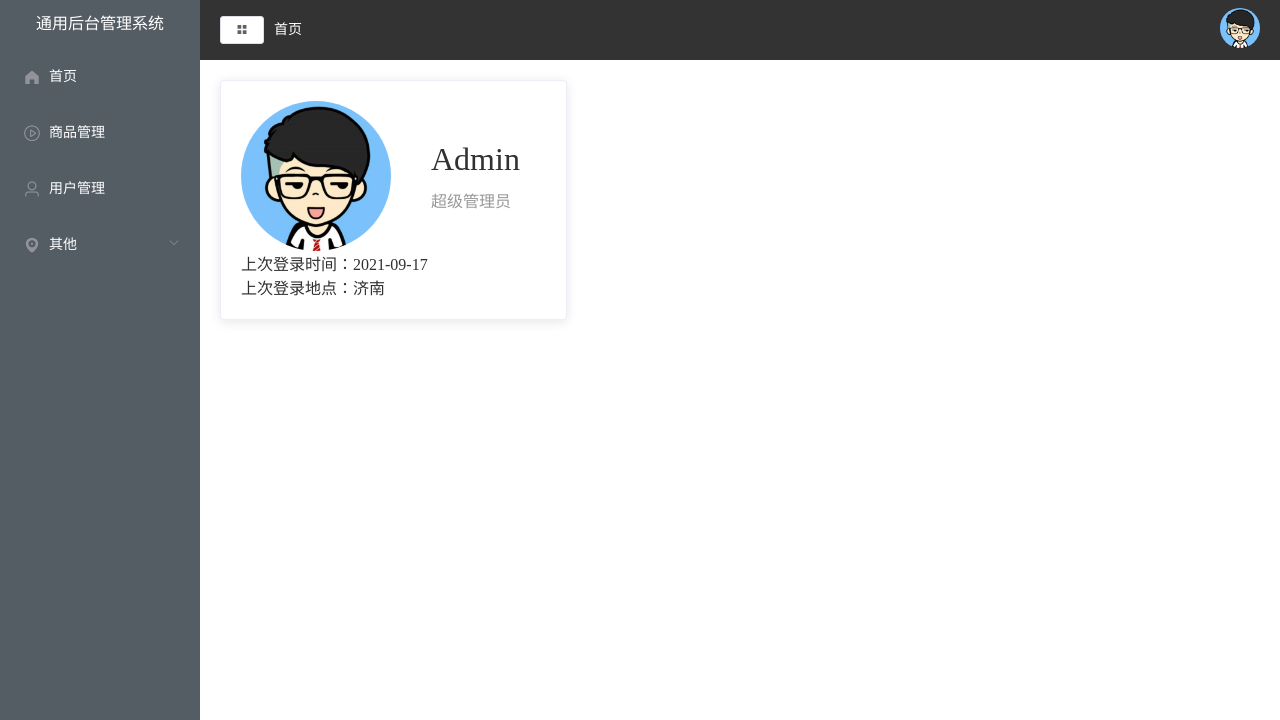
Repository: Francis200214/my-app
Page: /
An editor plug-in stored every save of this project. The page is shown before and after a run of saves, followed by the edit.
The browser window is 1280 px wide. The pictures show the whole page.
The project was rebuilt for these pictures with package versions that can differ from the ones it lists, and the page was loaded fresh each time. Also part of the build but not shown: vue.config.js, src/views/User.vue, src/views/Mall.vue, src/views/other/PageOne.vue, src/views/other/PageTwo.vue.

Above is the page before, as saved 2023-05-21 15:40:15.

### src/main.js
import Vue from 'vue'
import App from './App.vue'
import ElementUI from 'element-ui'

// ElementUI 按需引入
// import { Button,Row } from 'element-ui'


import 'element-ui/lib/theme-chalk/index.css'
// Vue-Router
import router from './router'
// Vuex
import store from './store'


Vue.config.productionTip = false

// 全局引入Element UI
Vue.use(ElementUI);


// 按需引入Element UI
// Vue.use(Row);
// Vue.use(Button);


new Vue({
  router,
  store,
  render: h => h(App),
}).$mount('#app')

### src/App.vue
<template>
  <div id="app">
    <router-view></router-view>
  </div>
</template>

<style lang="less">
  html,body,h3,p {
    margin: 0;
    padding: 0;
  }
</style>

<script>

export default {
  name: 'App'
}
</script>

### src/router/index.js
import Vue from 'vue'
import VueRouter from 'vue-router'

// 1、引入组件
import Main from '../views/Main.vue'
import Home from '../views/Home.vue'
import User from '../views/User.vue'
import Mall from '../views/Mall.vue'
import PageOne from '../views/other/PageOne.vue'
import PageTwo from '../views/other/PageTwo.vue'

// 引入Vue-Router
Vue.use(VueRouter);

// 2、路由与组件映射
const routes = [
    {
        path: '/',
        component: Main,
        // redirect 表示重定向，当路径是 / 的时候就重定向某个路由
        redirect: '/home',
        children: [
            { path: 'home', component: Home }, // 首页
            { path: 'user', component: User }, // 用户管理
            { path: 'mall', component: Mall }, // 商品管理
            { path: 'page1', component: PageOne }, // 页面一
            { path: 'page2', component: PageTwo }, // 页面二
        ]
    }

]

// 3、创建Router实例
const router = new VueRouter({
    routes // (缩写) 相当于 routes: routes
})

// 4、将 router 暴露
export default router

### src/store/index.js
import Vue from 'vue'
import Vuex from 'vuex'
import tab from './tab'

Vue.use(Vuex)


// 创建 Vuex 的实例
// 对外暴露
export default new Vuex.Store({
    modules: {
        tab
    }
})

### src/views/Main.vue
<template>
    <div>
        <el-container>
            <el-aside width="auto">
                <common-aside />
            </el-aside>
            <el-container>
                <el-header>
                    <common-header />
                </el-header>
                <el-main>
                    <router-view></router-view>
                </el-main>
            </el-container>
        </el-container>
    </div>
</template>
<style lang="less" scoped>
.el-header {
    padding: 0;
}
</style>
<script>
import CommonAside from '../components/CommonAside.vue'
import CommonHeader from '../components/CommonHeader.vue'


export default {
    data() {
        return {}
    },
    components: {
        CommonAside,
        CommonHeader
    }
}
</script>

### src/views/Home.vue
<template>
    <el-row>
        <el-col :span="8">
            <el-card class="box-card">
                <div class="user">
                    <img src="../assets/images/user.png" alt="">
                    <div class="userinfo">
                        <p class="name">Admin</p>
                        <p class="access">超级管理员</p>
                    </div>
                </div>
                <div class="login-info">
                    <p>上次登录时间：<span>2021-09-17</span></p>
                    <p>上次登录地点：<span>济南</span></p>
                </div>
            </el-card>
        </el-col>
        <el-col :span="16">
            <div class="grid-content bg-purple-light"></div>
        </el-col>
    </el-row>
</template>

<style lang="less" scoped>
.user {
    display: flex;
    // flex 布局中 主轴垂直居中
    align-items: center;

    img {
        width: 150px;
        height: 150px;
        border-radius: 50%;
        margin-right: 40px;
    }

    .userinfo {
        .name {
            font-size: 32px;
            margin-bottom: 10px;
        }

        .access {
            color: #999999;
        }
    }
}
</style>

<script>
export default {
    data() {
        return {}
    }
}
</script>

### src/store/tab.js
export default {
    state: {
        isCollapse: false // 用于控制菜单的展开或收起
    },
    mutations: {
        // 修改菜单展开或者收起的方法
        collapseMenu(state) {
            state.isCollapse = !state.isCollapse
        }
    }
}

### src/components/CommonAside.vue
<template>
    <div>
        <el-menu default-active="1-4-1" class="el-menu-vertical-demo" @open="handleOpen" @close="handleClose"
            :collapse="isCollapse" background-color="#545c64" text-color="#fff" active-text-color="#ffd04b">

            <h3>{{ isCollapse ? '后台' : '通用后台管理系统' }}</h3>

            <el-menu-item @click="clickMenu(item)" v-for="item in noChildren" :key="item.name" :index="item.name">
                <i :class="`el-icon-${item.icon}`"></i>
                <span slot="title">{{ item.label }}</span>
            </el-menu-item>

            <el-submenu v-for="item in hasChildren" :key="item.label" :index="item.label">
                <template slot="title">
                    <i :class="`el-icon-${item.icon}`"></i>
                    <span slot="title">{{ item.label }}</span>
                </template>
                <el-menu-item-group v-for="subItem in item.children" :key="subItem.path">
                    <el-menu-item @click="clickMenu(subItem)" :index="subItem.path">{{ subItem.label }}</el-menu-item>
                </el-menu-item-group>
            </el-submenu>
        </el-menu>
    </div>
</template>

<style lang="less" scope>
.el-menu-vertical-demo:not(.el-menu--collapse) {
    width: 200px;
    min-height: 400px;
}

.el-menu {
    height: 100vh;
    border-right: none;

    h3 {
        color: #fff;
        text-align: center;
        line-height: 48px;
        font-size: 16px;
        // 字体粗细
        font-weight: 400;
    }
}
</style>

<script>
export default {
    data() {
        return {
            menuData: [
                {
                    path: '/',
                    name: 'home',
                    label: '首页',
                    icon: 's-home',
                    url: 'Home/Home'
                },
                {
                    path: '/mall',
                    name: 'mall',
                    label: '商品管理',
                    icon: 'video-play',
                    url: 'MallManage/MallManage'
                },
                {
                    path: '/user',
                    name: 'user',
                    label: '用户管理',
                    icon: 'user',
                    url: 'UserManage/UserManage'
                },
                {
                    label: '其他',
                    icon: 'location',
                    children: [
                        {
                            path: '/page1',
                            name: 'page1',
                            label: '页面1',
                            icon: 'setting',
                            url: 'Other/PageOne'
                        },
                        {
                            path: '/page2',
                            name: 'page2',
                            label: '页面2',
                            icon: 'setting',
                            url: 'Other/PageTwo'
                        }
                    ]
                }
            ]
        };
    },
    methods: {
        handleOpen(key, keyPath) {
            console.log(key, keyPath);
        },
        handleClose(key, keyPath) {
            console.log(key, keyPath);
        },
        // 点击菜单
        clickMenu(item) {
            console.log(item)
            // 当页面的路由与我要跳转的路由不一致的时候才允许跳转
            if (this.$route.path !== item.path && !(this.$route.path === '/home' && (item.path === '/'))) {
                // 这里的this代表vue实例
                this.$router.push(item.path)
            }
        }
    },
    computed: {
        // 没有子菜单
        noChildren() {
            return this.menuData.filter(item => !item.children)
        },
        // 有子菜单
        hasChildren() {
            return this.menuData.filter(item => item.children)
        },
        isCollapse() {
            return this.$store.state.tab.isCollapse
        }
    }
}
</script>

### src/components/CommonHeader.vue
<template>
    <div class="header-container">
        <div class="l-content">
            <el-button @click="handleMenu" icon="el-icon-menu" size="mini"></el-button>
            <!-- 面包屑 -->
            <span class="text">首页</span>
        </div>
        <div class="r-content">
            <el-dropdown>
                <span class="el-dropdown-link">
                    <img class="user" src="../assets/images/user.png" alt="">
                </span>
                <el-dropdown-menu slot="dropdown">
                    <el-dropdown-item>个人中心</el-dropdown-item>
                    <el-dropdown-item>退出</el-dropdown-item>
                </el-dropdown-menu>
            </el-dropdown>
        </div>
    </div>
</template>
<style lang="less" scoped>
.header-container {
    padding: 0px 20px;
    background-color: #333;
    height: 60px;
    display: flex;
    // 将元素放到元素主轴的两端
    justify-content: space-between;
    align-items: center;

    .text {
        color: #fff;
        font-size: 14px;
        margin-left: 10px;
    }

    .r-content {
        .user {
            width: 40px;
            height: 40px;
            border-radius: 50%;
        }
    }
}
</style>
<script>
export default {
    data() {
        return {}
    },
    methods: {
        handleMenu() {
            this.$store.commit('collapseMenu')
        }
    }
}
</script>

Loaded but not shown: public/index.html (common file)

After the next 2 saves:
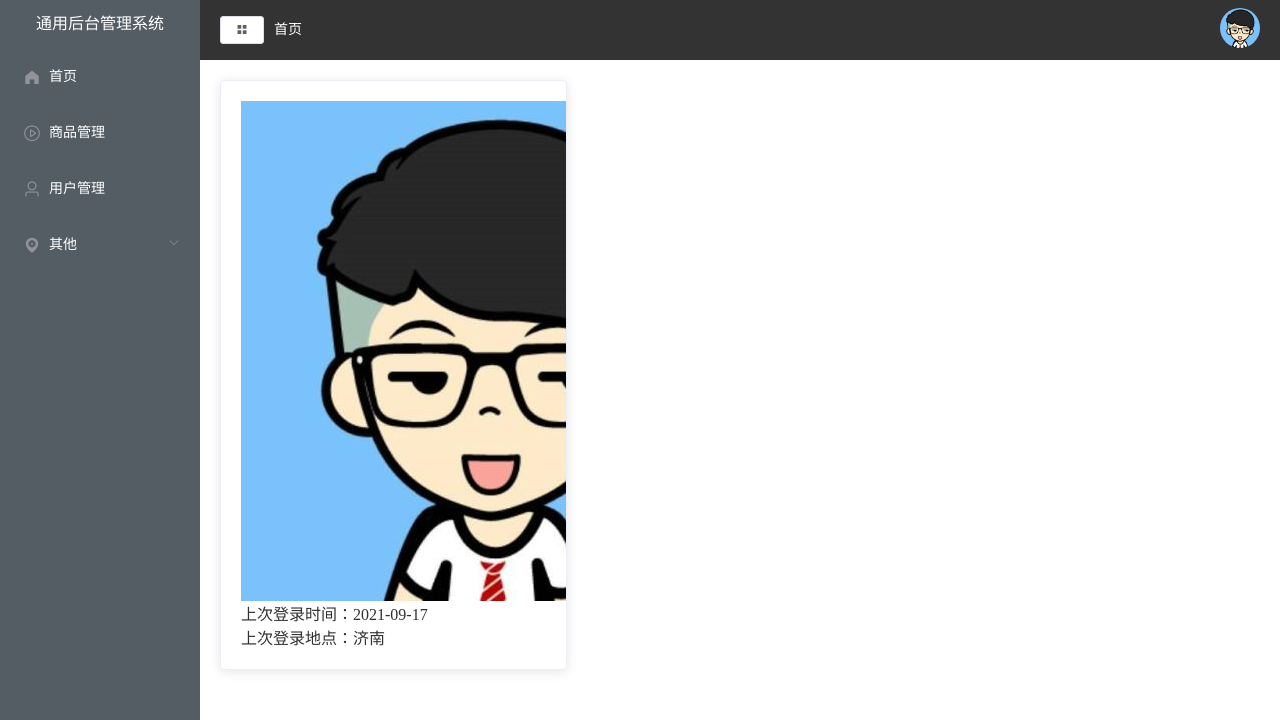
The 2 saves are shown as one change because they came seconds apart.
The last was saved 25 s later.
--- a/src/views/Home.vue
+++ b/src/views/Home.vue
@@ -26,6 +26,7 @@
     display: flex;
     // flex 布局中 主轴垂直居中
     align-items: center;
+    paddi
 
     img {
         width: 150px;

After the 2 saves that followed:
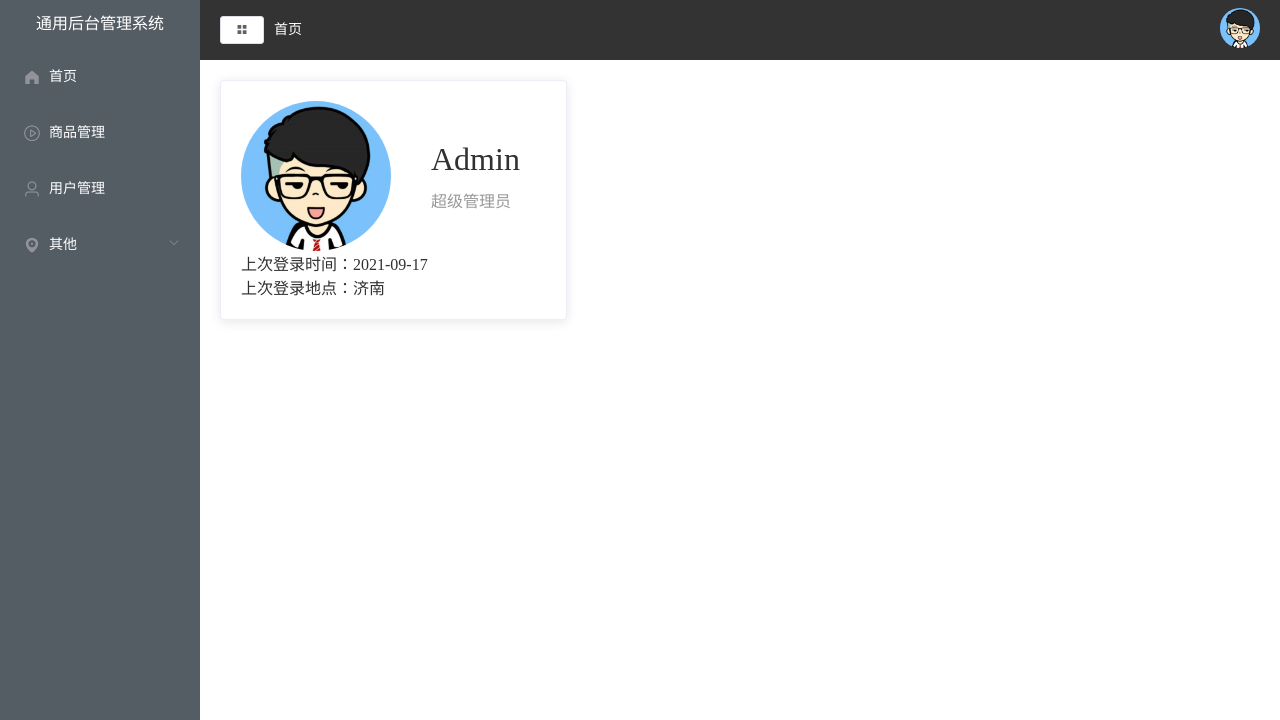
The 2 saves are shown as one change because they came seconds apart.
The last was saved 7 s later.
--- a/src/views/Home.vue
+++ b/src/views/Home.vue
@@ -26,7 +26,7 @@
     display: flex;
     // flex 布局中 主轴垂直居中
     align-items: center;
-    paddi
+    padding-bottom: ;
 
     img {
         width: 150px;
